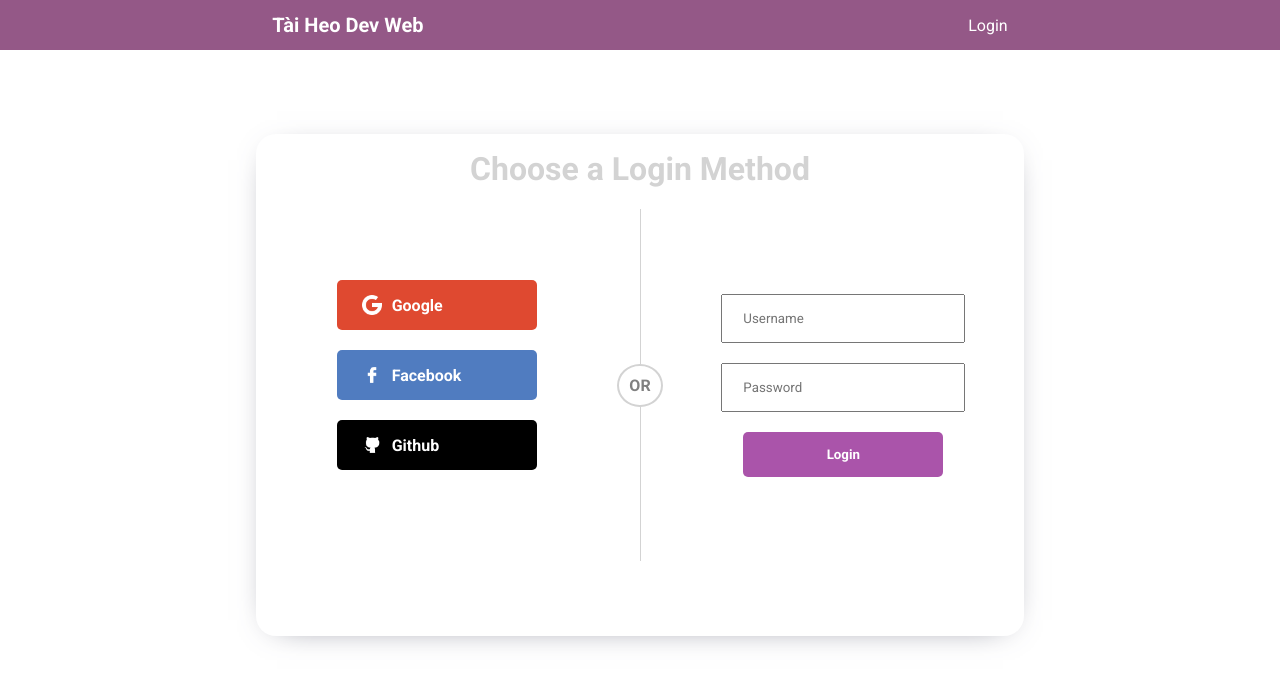
Repository: fdhhhdjd/Authentication-Google-FB-GitHub
Page: /login (app in client/)
The author's editor kept a copy of each file at every save. The page is drawn from the files as they stood at one save, then again after the next save.
The browser window is 1280 px wide. The pictures show the whole page.
The page's requests for data from a server got no answer. The project was rebuilt for these pictures with package versions that can differ from the ones it lists, and the page was loaded fresh each time. No one was signed in, and anything a server would have sent is missing. Also part of the build but not shown: client/src/Components/Card.js, client/src/Utils/Data.js, client/src/Pages/Home.js, client/src/Pages/Post.js.

Above is the page before, as saved 2021-12-28 10:38:07.

After the next save:
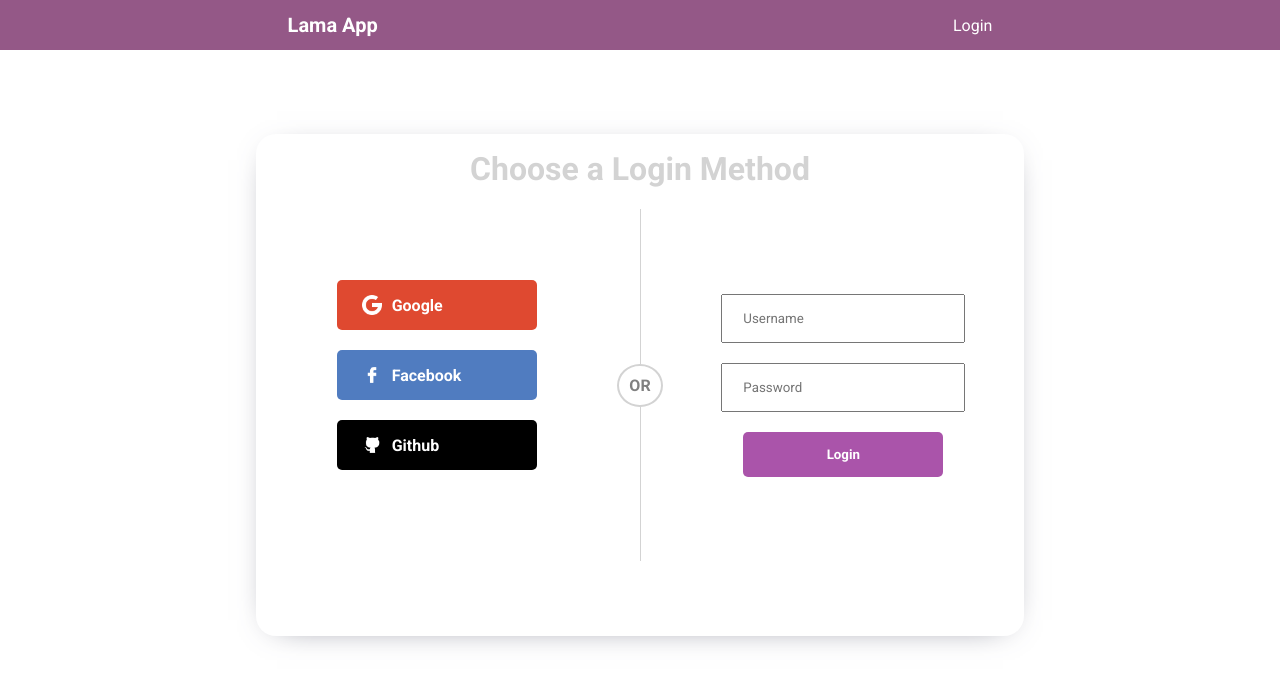
Saved 15 s later.
--- a/client/src/Components/Navbar.js
+++ b/client/src/Components/Navbar.js
@@ -9,7 +9,7 @@ const Navbar = ({ user }) => {
       <div className="navbar">
         <span className="logo">
           <Link className="link" to="/">
-            Tài Heo Dev Web
+            Lama App
           </Link>
         </span>
         {user ? (
@@ -18,7 +18,7 @@ const Navbar = ({ user }) => {
               <img src={user.photos[0].value} alt="" className="avatar" />
             </li>
             <li className="listItem">{user.displayName}</li>
-            <li className="listItem" onClick={handleLogout}>
+            <li className="listItem" onClick={logout}>
               Logout
             </li>
           </ul>
